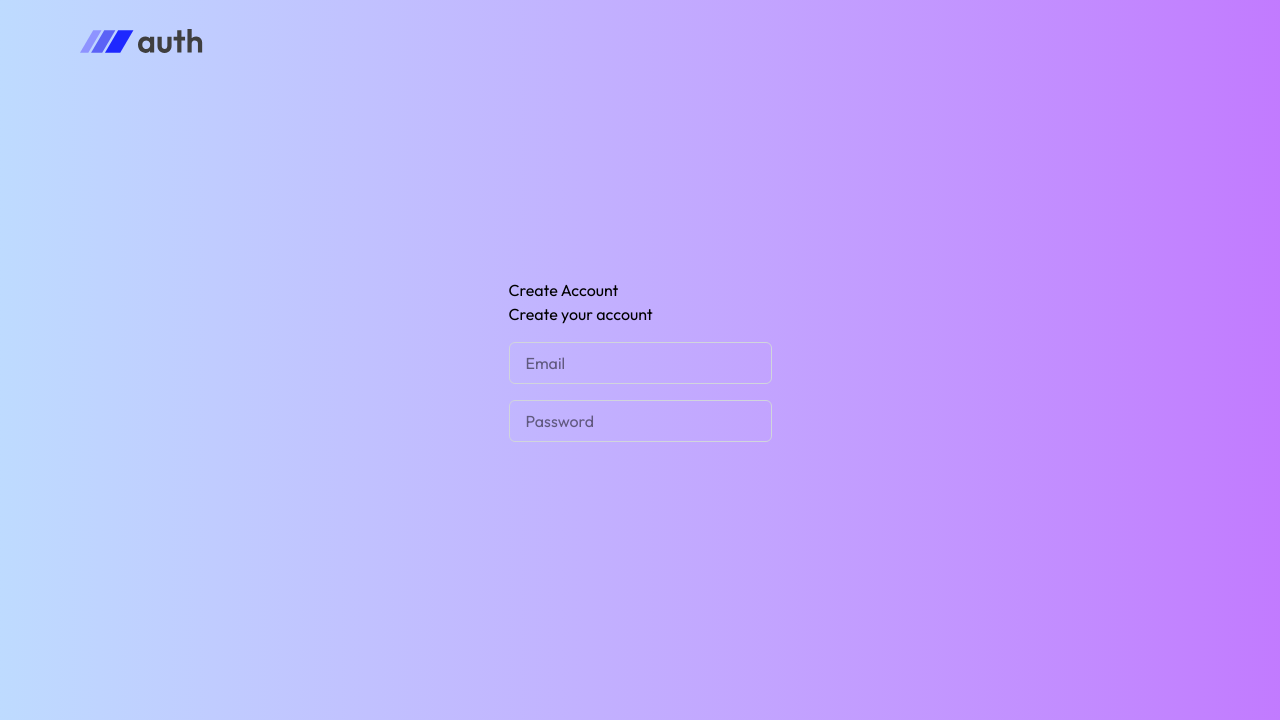
Repository: AuthnSapuarachchi/AuthnticationApplication-MERN-Stack
Page: /login (app in client/)
These files come from the project's save history. The page is drawn as it stood at one moment and after the next save; the edit follows.
The browser window is 1280 px wide. The pictures show the whole page.
The project was rebuilt for these pictures with package versions that can differ from the ones it lists, and the page was loaded fresh each time. Also part of the build but not shown: client/vite.config.js, client/src/components/NavBar.jsx, client/src/components/Header.jsx, client/src/pages/home.jsx, client/src/pages/ResetPassword.jsx, client/src/pages/EmailVerify.jsx.

Above is the page before, as saved 2025-07-31 12:02:38.

### client/index.html
<!doctype html>
<html lang="en">
  <head>
    <meta charset="UTF-8" />
    <link rel="icon" type="image/svg+xml" href="/favicon.svg" />
    <meta name="viewport" content="width=device-width, initial-scale=1.0" />
    <title>AuthCodeLab - MERN AUTH</title>
  </head>
  <body>
    <div id="root"></div>
    <script type="module" src="/src/main.jsx"></script>
  </body>
</html>

### client/src/main.jsx
import { StrictMode } from 'react'
import { createRoot } from 'react-dom/client'
import './index.css'
import App from './App.jsx'
import { BrowserRouter } from 'react-router-dom';

createRoot(document.getElementById('root')).render(
  <BrowserRouter>
    <App />
  </BrowserRouter>,
)

### client/src/index.css
@import url('https://fonts.googleapis.com/css2?family=Outfit:wght@100..900&display=swap');
@import "tailwindcss";

*{
  font-family: "Outfit", sans-serif;
}

### client/src/App.jsx
import React from 'react'
import { Routes, Router, Route } from 'react-router-dom'
import Home from './pages/home'
import Login from './pages/login'
import ResetPassword from './pages/ResetPassword'
import EmailVerify from './pages/EmailVerify'

const App = () => {
  return (
    <div>
      <Routes>
        <Route path='/' element={<Home />} />
        <Route path='/login' element={<Login />} />
        <Route path='/reset-password' element={<ResetPassword />} />
        <Route path='/email-verify' element={<EmailVerify />} />
      </Routes>
    </div>
  )
}

export default App

### client/src/pages/login.jsx
import React, { useState } from 'react'
import { assets } from '../assets/assets';

const Login = () => {
  const [state, setState] = useState('Sign Up');

  return (
    <div className='flex items-center justify-center min-h-screen px-6 sm:px-0 bg-gradient-to-r from-blue-200 to-purple-400 relative'>
      <img src={assets.logo} alt="" className='absolute left-5 sm:left-20
      top-5 w-28 sm:w-32 cursor-pointer' />
      <div>
        <h2>{state === 'Sign Up' ? 'Create Account' : 'Login'}</h2>
        <p>{state === 'Sign Up' ? 'Create your account' : 'Login to your account'}</p>
        <form>
          <div className='flex flex-col gap-4 mt-4'>

            <input type="text" placeholder='Email' className='border border-gray-300 px-4 py-2 rounded-md' />
            <input type="password" placeholder='Password' className='border border-gray-300 px-4 py-2 rounded-md' />
          </div>
        </form>
      </div>
    </div>
  )
}

export default Login

### client/src/assets/assets.js
import arrow_icon from './arrow_icon.svg'
import lock_icon from './lock_icon.svg'
import logo from './logo.svg'
import mail_icon from './mail_icon.svg'
import person_icon from './person_icon.svg'
import hand_wave from './hand_wave.png'
import header_img from './header_img.png'

export const assets = {
    arrow_icon,
    lock_icon,
    logo,
    mail_icon,
    person_icon,
    hand_wave,
    header_img
}

After the next save:
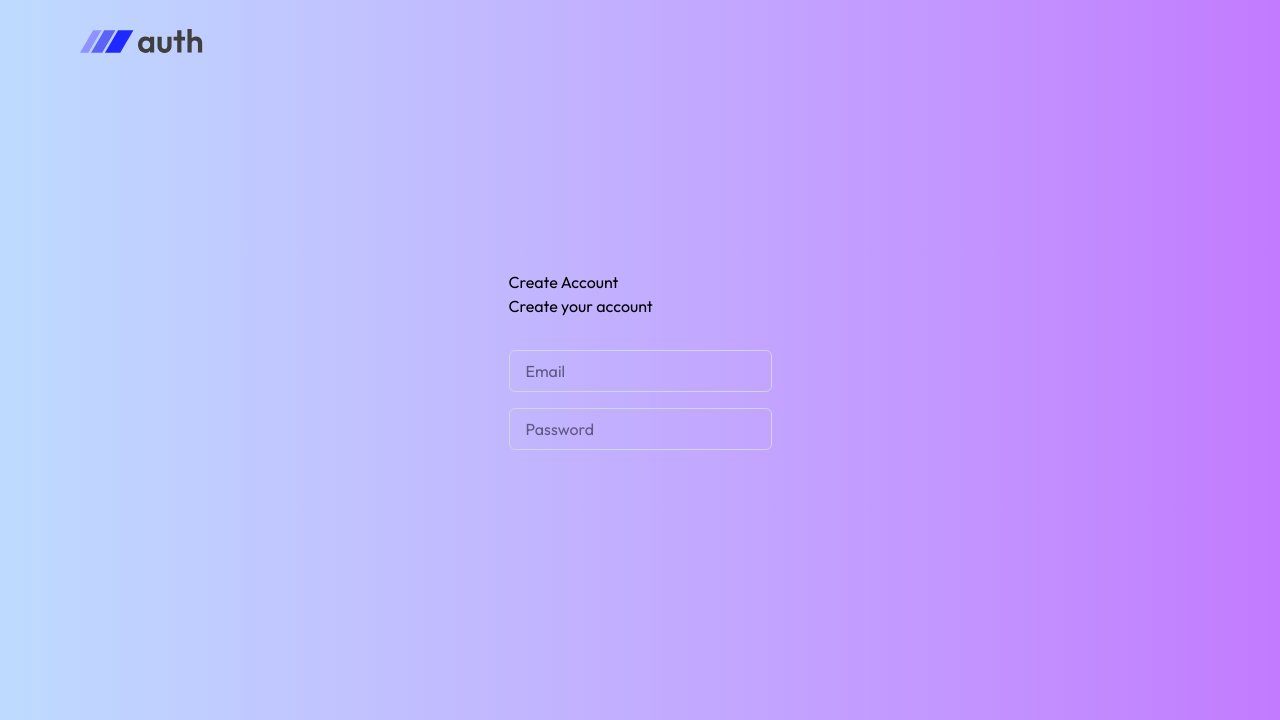
Saved 4 s later.
--- a/client/src/pages/login.jsx
+++ b/client/src/pages/login.jsx
@@ -13,7 +13,7 @@ const Login = () => {
         <p>{state === 'Sign Up' ? 'Create your account' : 'Login to your account'}</p>
         <form>
           <div className='flex flex-col gap-4 mt-4'>
-
+            <img src="" alt="" />
             <input type="text" placeholder='Email' className='border border-gray-300 px-4 py-2 rounded-md' />
             <input type="password" placeholder='Password' className='border border-gray-300 px-4 py-2 rounded-md' />
           </div>
